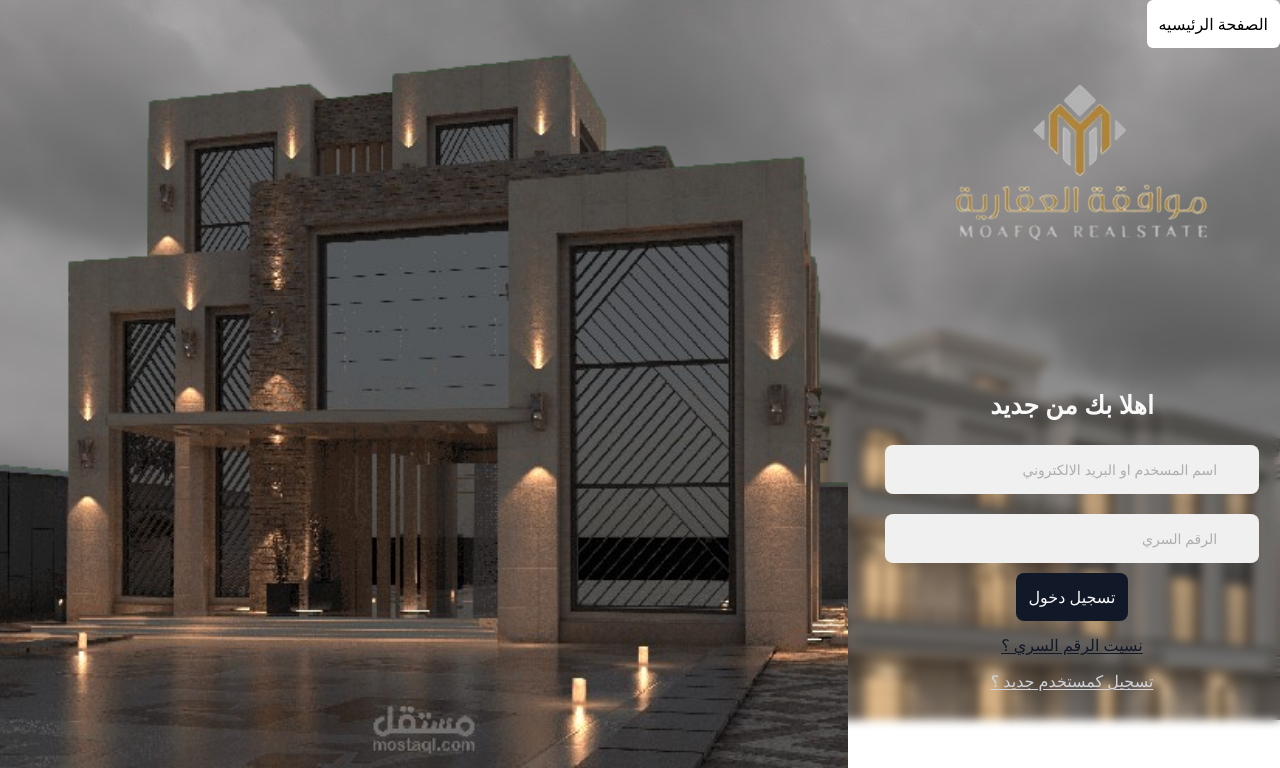
Repository: EslamKhial1997/immovables
Page: /auth
The author's editor kept a copy of each file at every save. The page is drawn from the files as they stood at one save, then again after a run of saves.
The browser window is 1280 px wide. The pictures show the whole page.
Some web libraries are served in a nearby version. The project was rebuilt for these pictures with package versions that can differ from the ones it lists, and the page was loaded fresh each time. Also part of the build but not shown: vite.config.js, src/Components/layout/Navbar.jsx, src/Components/contents/OurProjects.jsx, src/Components/contents/OurAchievements.jsx, src/Components/layout/Footer.jsx, src/Components/contents/home/Slider.jsx, src/Components/contents/home/Blogs.jsx, src/App.jsx and 6 more.

Above is the page before, as saved 2024-07-27 00:30:21.

After the next 2 saves:
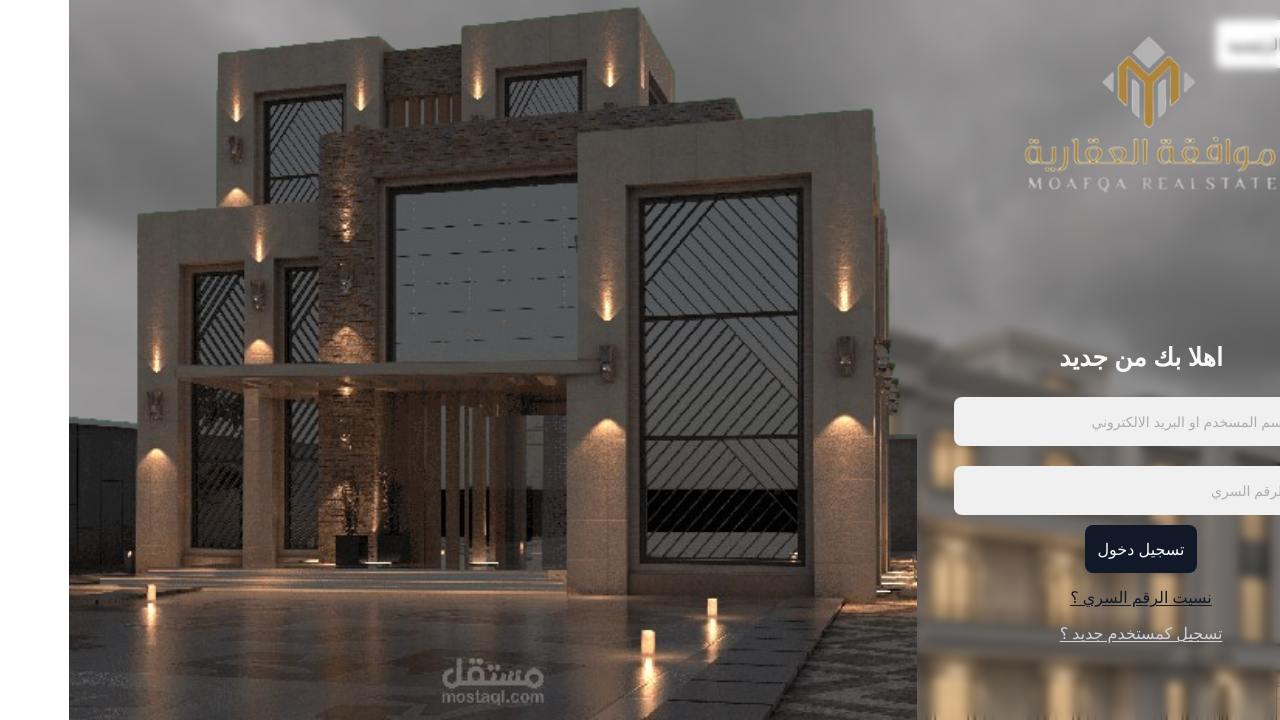
The 2 saves are shown as one change because they came seconds apart.
The last was saved 29 s later.
--- a/src/Components/auth/Auth.jsx
+++ b/src/Components/auth/Auth.jsx
@@ -10,7 +10,7 @@ const Auth = () => {
         backgroundRepeat: "no-repeat",
       }}
     >
-       <button className="fixed-0 bg-white rounded-md p-3">الصفحة الرئيسيه</button>
+       <button className="fixed top-5 bg-white rounded-md p-3">الصفحة الرئيسيه</button>
       <Outlet />
     </div>
   );
